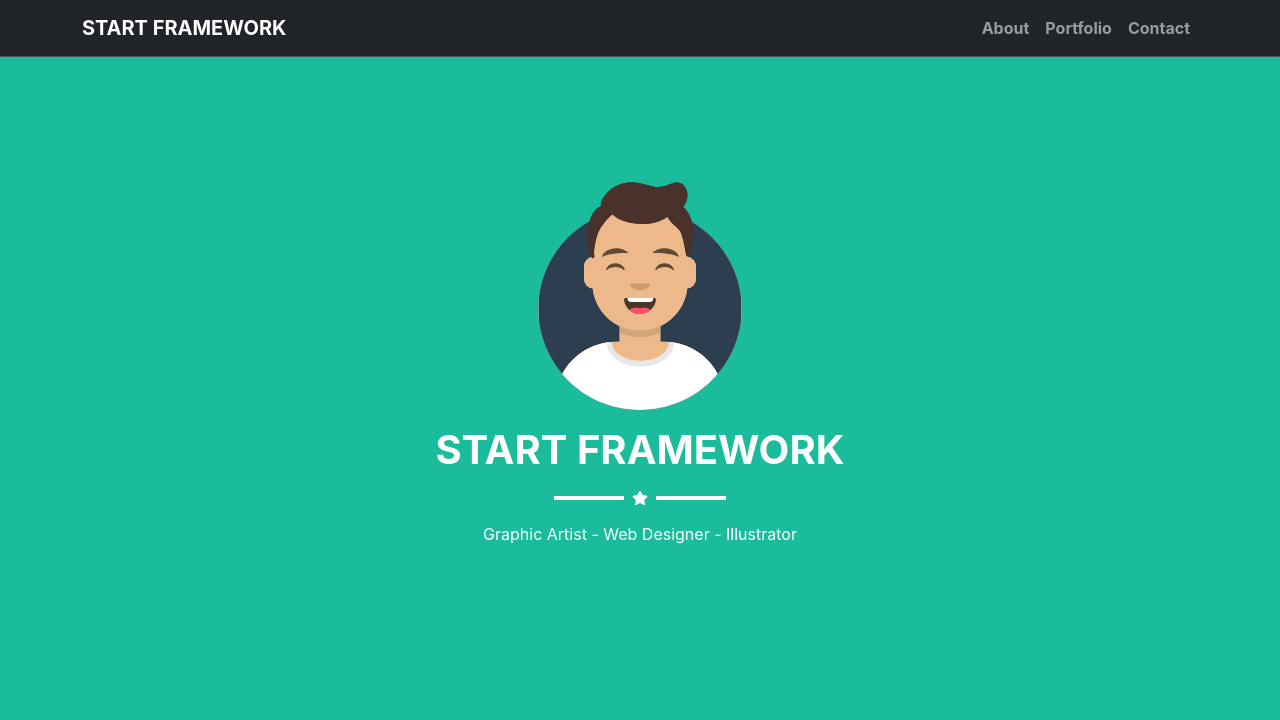
Repository: YomnaWegdan/startFramework
Page: /
These files come from the project's save history. The page is drawn as it stood at one moment and after a run of saves; the edit follows.
The browser window is 1280 px wide. The pictures show the whole page.
The project was rebuilt for these pictures with package versions that can differ from the ones it lists, and the page was loaded fresh each time. Also part of the build but not shown: src/Components/About.jsx, src/Components/Contact.jsx, src/Components/Error.jsx.

Above is the page before, as saved 2024-02-04 22:12:57.

### src/index.js
import React from 'react';
import ReactDOM from 'react-dom/client';
import 'bootstrap/dist/css/bootstrap.min.css'
import 'bootstrap/dist/js/bootstrap.bundle.min.js'

import './index.css';
import App from './App';
import reportWebVitals from './reportWebVitals';

const root = ReactDOM.createRoot(document.getElementById('root'));
root.render(
  <React.StrictMode>
    <App />
  </React.StrictMode>
);

// If you want to start measuring performance in your app, pass a function
// to log results (for example: reportWebVitals(console.log))
// or send to an analytics endpoint. Learn more: https://bit.ly/CRA-vitals
reportWebVitals();

### src/index.css
body {
  margin: 0;
  font-family: -apple-system, BlinkMacSystemFont, 'Segoe UI', 'Roboto', 'Oxygen',
    'Ubuntu', 'Cantarell', 'Fira Sans', 'Droid Sans', 'Helvetica Neue',
    sans-serif;
  -webkit-font-smoothing: antialiased;
  -moz-osx-font-smoothing: grayscale;
}

code {
  font-family: source-code-pro, Menlo, Monaco, Consolas, 'Courier New',
    monospace;
}
.w-20{
  width: 20%;
}
.home{
  background-color: #1ABC9C;
}
.line{
  background-color: white;
  width: 70px;
  height: 4px;
}
h2{
  font-size: 40px;
}

### src/App.js
import { RouterProvider, createBrowserRouter } from 'react-router-dom';
import './App.css';
import Layout from './Components/Layout';
import Home from './Components/Home';
import About from './Components/About';
import Contact from './Components/Contact';
import Error from './Components/Error';

function App() {

  let routes = createBrowserRouter([{
    path:'', element:<Layout/> , children:[
      {index:true , element:<Home/>},
      {path:'/about' , element:<About/>},
      {path:'/contact' , element:<Contact/>},
      {path:'*' , element:<Error/>},




    ]
  }])
  return (
    <div className="App">
    <RouterProvider router={routes}></RouterProvider>
    </div>
  );
}

export default App;

### src/Components/Layout.jsx
import React from 'react'
import Navbar from './Navbar'
import { Outlet } from 'react-router-dom'
import Footer from './Footer'

export default function Layout() {
  return (
    <div>
      <Navbar/>
      <Outlet></Outlet>
      <Footer/>
    </div>
  )
}

### src/Components/Home.jsx
import React, { Fragment } from 'react'
import img from '../images/avataaars.svg';
import { FaStar } from "react-icons/fa6";

export default function Home() {
  return (
    <Fragment>
      <section className='home vh-100 text-white'>
        <div className='container h-100'>
            <div className='row align-items-center justify-content-center h-100'>
                <div className='col-md-12'>
                <img src={img} className='w-20 mb-3' alt='img'/>
                <h2 className='fw-bold'>START FRAMEWORK</h2>
                <div className='d-flex justify-content-center align-items-center my-3'>
                    <div className='line'></div>
                    <FaStar className=' mx-2 '/>
                    <div className='line'></div>
                </div>
                <div>Graphic Artist - Web Designer - Illustrator</div>



                </div>
            </div>
        </div>

      </section>
    </Fragment>
  )
}

### src/Components/Navbar.jsx
import React from "react";
import { NavLink } from "react-router-dom";

export default function Navbar() {
  return (
    <>
      <nav
        className="navbar navbar-expand-lg bg-dark border-bottom border-body fixed-top fw-bold text-transform-Uppercase "
        data-bs-theme="dark"
      >
        <div className="container">
          <NavLink className="navbar-brand" to="/">
            START FRAMEWORK
          </NavLink>
          <button
            className="navbar-toggler"
            type="button"
            data-bs-toggle="collapse"
            data-bs-target="#navbarSupportedContent"
            aria-controls="navbarSupportedContent"
            aria-expanded="false"
            aria-label="Toggle navigation"
          >
            <span className="navbar-toggler-icon"></span>
          </button>
          <div className="collapse navbar-collapse" id="navbarSupportedContent">
            <ul className="navbar-nav ms-auto mb-2 mb-lg-0">
              <li className="nav-item">
                <NavLink className="nav-link" to="/about">
                  About
                </NavLink>
              </li>
              <li className="nav-item">
                <NavLink className="nav-link" to="/portfolio">
                  Portfolio
                </NavLink>
              </li>
              <li className="nav-item">
                <NavLink className="nav-link" to="/Contact">
                  Contact
                </NavLink>
              </li>
            </ul>
          </div>
        </div>
      </nav>
    </>
  );
}

### src/Components/Footer.jsx
import React from "react";

export default function Footer() {
  return (
    <>
      <footer>
        <div>
        <div>

        </div>
        </div>
      </footer>
    </>
  );
}

Loaded but not shown: public/index.html (common file); src/reportWebVitals.js (common file); src/App.css (common file)

After the next 3 saves:
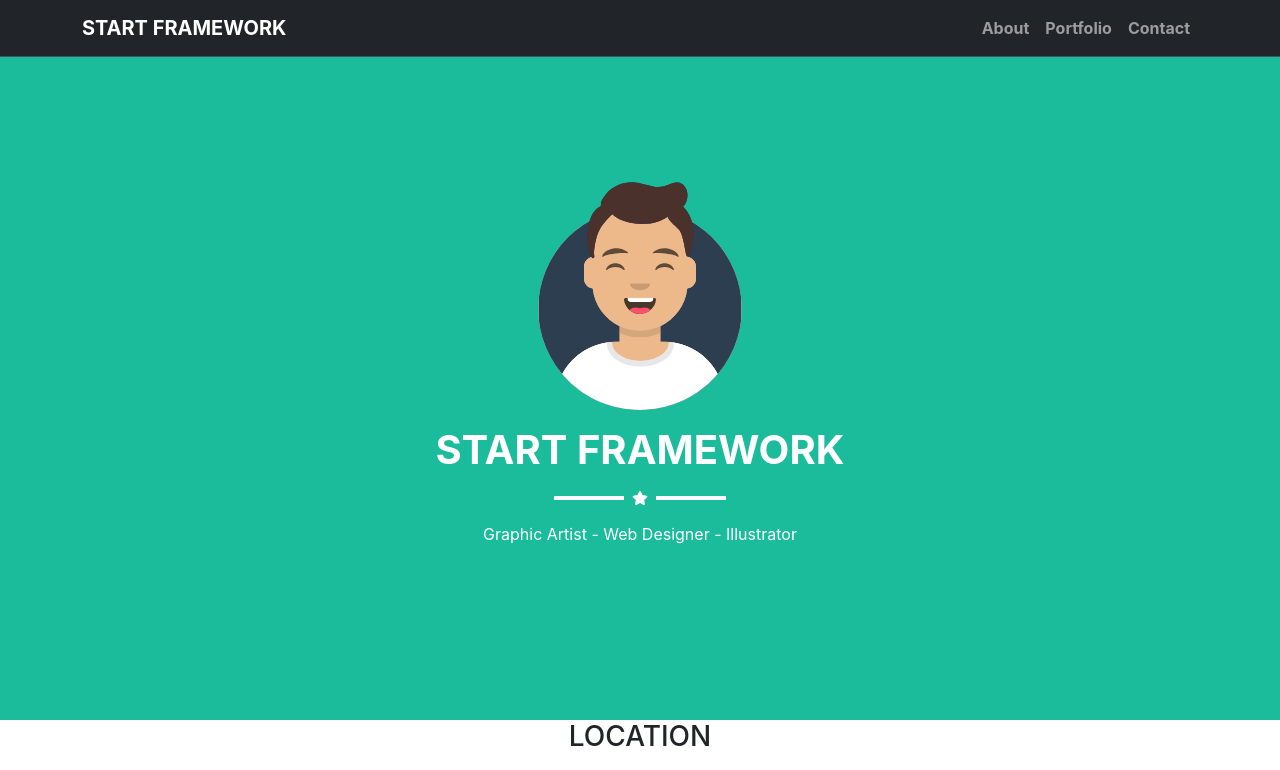
The 3 saves are shown as one change because they came seconds apart.
The last was saved 9 s later.
--- a/src/Components/Footer.jsx
+++ b/src/Components/Footer.jsx
@@ -6,7 +6,8 @@ export default function Footer() {
       <footer>
         <div>
         <div>
-
+        <h3>LOCATION</h3>
+        <p></p>
         </div>
         </div>
       </footer>
